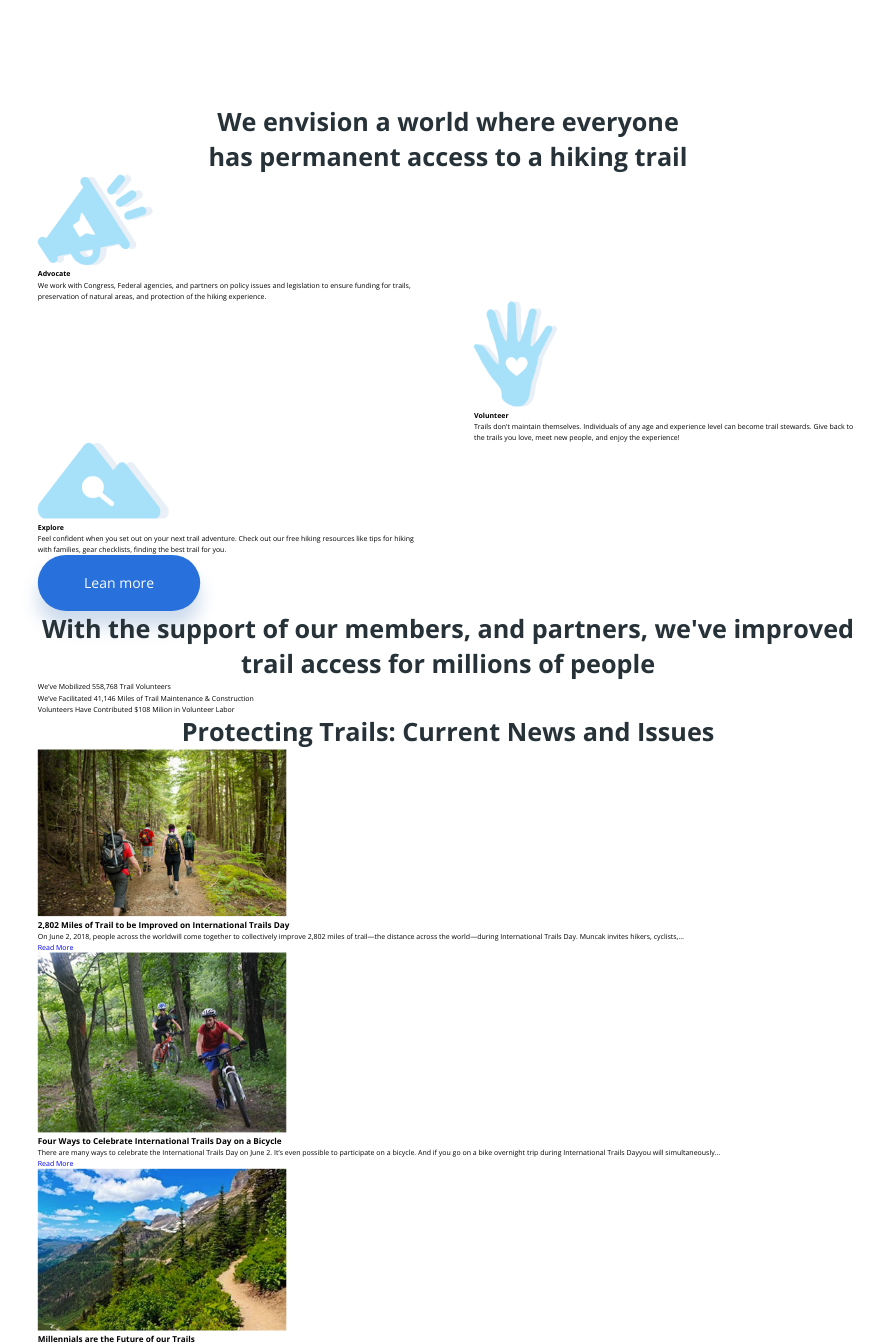
Repository: huubinh98/Project
Page: muncak/index.html
An editor plug-in stored every save of this project. The page is shown before and after the next save, followed by the edit.
The browser window is 1280 px wide. The pictures show the part of the page from y = 1034 to 2954 px (the page is 3461 px tall before and 3764 px after), at 70% of full size.

Above is the page before, as saved 2021-08-28 18:24:41.

After the next save:
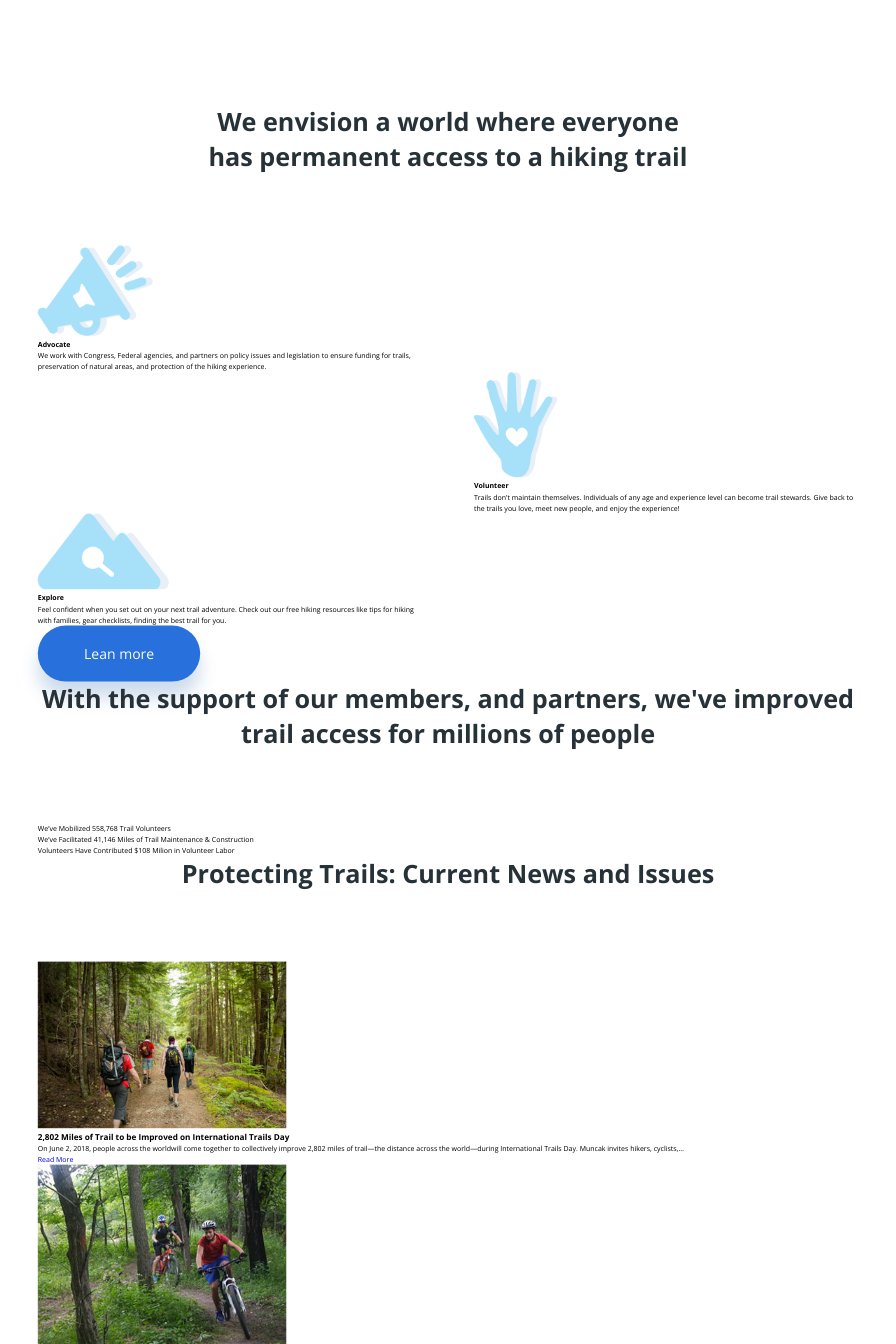
Saved 2 min 37 s later.
--- a/muncak/style.css
+++ b/muncak/style.css
@@ -49,6 +49,7 @@ a {
     text-align: center;
     margin: 0 auto;
     color: #263238;
+    margin-bottom: 101px;
 }
 
 .btn:hover {
@@ -139,8 +140,9 @@ a {
 }
 
 .about-item:first-child {
-    margin-top: 101px;
+
 }
+
 .about-item:nth-child(2n + 1) {
     margin-left: auto;
 }
